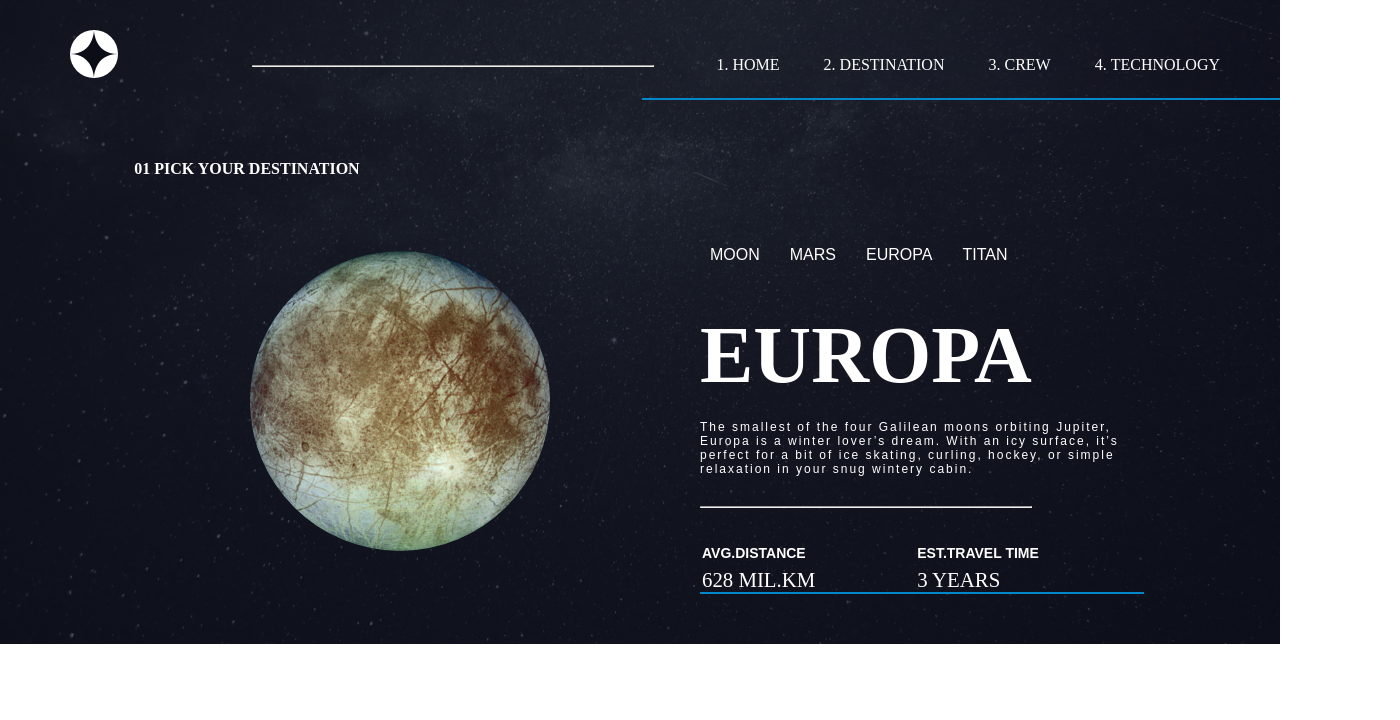
Repository: batonAnton/space_tourism
Page: europa.html
An editor plug-in stored every save of this project. The page is shown before and after the next save, followed by the edit.
The browser window is 1280 px wide. The page is 1280 px wide, then 1400 px, so the pictures cover 1400 px, including what lies to the right of the window. The pictures show the whole page.
Some web fonts or font styles are not loaded; a fallback is used.

Above is the page before, as saved 2022-05-20 13:52:08.

### europa.html
<!DOCTYPE html>
<html lang="en">
<head>
    <meta charset="UTF-8">
    <meta http-equiv="X-UA-Compatible" content="IE=edge">
    <meta name="viewport" content="width=device-width, initial-scale=1.0">
    <title>Space Tourism</title>
    <link rel="stylesheet" href="css/style2 .css">
    <link rel="preconnect" href="https://fonts.googleapis.com">
    <link rel="preconnect" href="https://fonts.gstatic.com" crossorigin>
    <link href="https://fonts.googleapis.com/css2?family=Bellefair&family=Merriweather&display=swap" rel="stylesheet">

    <link rel="preconnect" href="https://fonts.gstatic.com" crossorigin>
    <link href="https://fonts.googleapis.com/css2?family=Bellefair&family=Merriweather&display=swap" rel="stylesheet">
    <link rel="preconnect" href="https://fonts.googleapis.com">
    <link rel="preconnect" href="https://fonts.gstatic.com" crossorigin>
    <link href="https://fonts.googleapis.com/css2?family=Barlow+Condensed:wght@300&family=Bellefair&family=Merriweather&display=swap" rel="stylesheet">
    <link rel="preconnect" href="https://fonts.googleapis.com">
    <link rel="preconnect" href="https://fonts.gstatic.com" crossorigin>
    <link href="https://fonts.googleapis.com/css2?family=Barlow+Condensed:ital,wght@0,300;1,500&family=Bellefair&family=Merriweather&display=swap" rel="stylesheet">
</head>
<body>

    <div id="destination" class="bg">
        <div class="top-container">
            <div class="logo_img">
                <img src="/images/Icon.svg" alt="logo">

            </div>

                                             <!--navbar code -->
            <div class="nav">

                <hr>
                    <ol>

                        <li><a href="/index.html">home</a></li>
                        <li><a href="/destination.html">destination</a></li>
                        <li><a href="">crew</a></li>
                        <li><a href="">technology</a></li>

                    </ol>

            </div>
        </div>

        <div class="middle_container">


            <div class="planet_img">
                <h2 class="h2_planet"> <span>01</span> pick your destination</h2>

                <div class="planet_bg_europa">
                    <img src="/images/destination_img/europa.png"  alt="europa img">
                </div>
            </div>



                <div class="get-info_planet">

                    <div class="nav_planet">
                            <ul>

                                <li><a  href="/destination.html">moon</a></li>
                                <li><a href="/mars.html">mars</a></li>
                                <li><a href="/europa.html">europa</a></li>
                                <li><a href="/titan.html">titan</a></li>

                            </ul>
                    <h1>europa</h1>
                    <p>The smallest of the four Galilean moons orbiting Jupiter,<br> Europa is a winter lover’s dream. With an icy surface, it’s <br> perfect for a bit of ice skating, curling, hockey, or simple <br> relaxation in your snug wintery cabin.</p>

                    <hr class="hr_planet">

                    <table>
                        <tr>
                            <th>avg.distance</th>
                            <th>est.travel time</th>
                        </tr>

                        <tr>
                            <td>628 mil.km</td>
                            <td>3 years</td>
                        </tr>
                    </table>
                </div>


        </div>

    </div>
</body>
</html>

### css/style2 .css
body {
  /* height: 900px; */
  margin: 0;
}

.bg {
  background-image: url(/images/destination_img/bg.jpg);
  height: 100%;
  background-position: center;
  background-repeat: no-repeat;
  background-size: cover;
}

.top-container {
  /* display: inline-block; */
  padding: 30px 0px 50px 70px;
  /* width: 100%; */
}

.logo_img {
  /* width: 555px; */
  float: left;
}

hr {
  width: 400px;
  position: absolute;
  margin: 25px 0px 100px -390px;
}

.nav {
  /* width: 60%; */
  /* margin-left: 408px; */
  position: relative;
  float: right;
  clear: none;
  /* border: 1px solid #979797; */
  padding: 10px 0px 10px 0px;
  backdrop-filter: blur(85px);
  text-transform: uppercase;
}
.nav a {
  text-decoration: none;
}

li:after {
  content: "";
  position: absolute;
  width: 100%;
  transform: scaleX(0);
  height: 2px;
  bottom: 0;
  left: 0;
  background-color: #0087ca;
  transform-origin: bottom right;
  transition: transform 0.25s ease-out;
}
li:after {
  transform: scaleX(1);
  transform-origin: bottom left;
}

ol {
  display: inline-flex;
  /* width: 200px; */
  margin-left: 50px;
}

li {
  padding: 0px 60px 0px 0px;
  color: #ffffff;
}

.nav a {
  color: #ffffff;
  font-family: "Bellefair", serif;
  /* font-family: "Merriweather", serif; */
}

/* middle-container property */
.middle_container {
  display: inline-flex;
}

.get-info_planet {
  margin: 130px 100px 50px 150px;
}

/* navbar planet */
.nav_planet {
  position: relative;
  float: right;
  clear: none;
  text-transform: uppercase;
  font-family: "Barlow Condensed", sans-serif;
  font-size: 1rem;
  color: #ffffff;
}

ul {
  list-style-type: none;
  display: inline-flex;
}

.nav_planet a {
  text-decoration: none;
  font-family: "Barlow Condensed", sans-serif;
  font-size: 1rem;
  color: #ffffff;
}

.nav_planet li {
  padding: 0px 60px 0px 0px;
  margin-left: -30px;
  color: #ffffff;
  text-align: left;
}

.h2_planet {
  height: 1px;
  display: block;
  margin: -210px 0px 90px -193px;
  font-size: 16px;
}

.planet_bg_mars img {
  border-radius: 150px 150px 150px 150px;
  height: 300px;
}

.planet_bg img {
  height: 300px;
  border-radius: 140px 140px 140px 140px;
}

.planet_bg_europa img {
  height: 300px;
  border-radius: 155px 155px 155px 155px;
}

h1,
h2,
p {
  color: #ffffff;
}

h1,
h2 {
  text-align: center;
  width: 380px;
  text-transform: uppercase;
  font-family: "Bellefair", serif;
}

h1 {
  font-size: 5rem;
  height: 80px;
  text-align: left;
  width: 333px;
  margin: 30px 0px;
}

p {
  width: 444px;
  text-align: left;
  font-family: "Barlow Condensed", sans-serif;
  font-size: 12px;
  text-transform: none;
  letter-spacing: 2px;
}

.planet_img {
  margin: 270px 0px 0px 250px;
}

.get-info_planet hr {
  position: relative;
  width: 330px;
  margin: 30px 0px 30px 0px;
}

th,
td {
  padding: 5px 100px 0px 0px;
}

th {
  font-size: 14px;
  text-align: left;
}

td {
  font-size: 1.3rem;
  font-family: "Bellefair", serif;
}

After the next save:
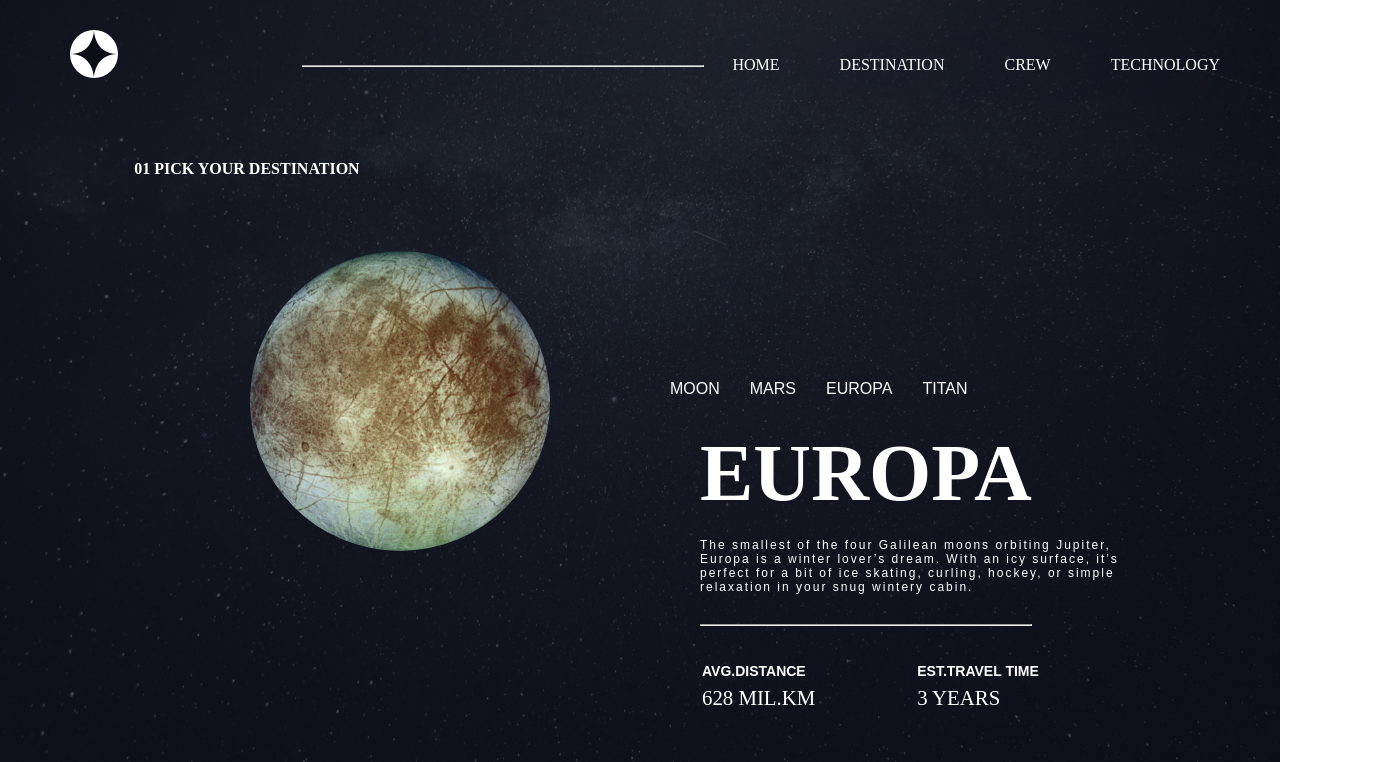
Saved 3 min 21 s later.
--- a/css/style2 .css
+++ b/css/style2 .css
@@ -43,28 +43,41 @@ hr {
   text-decoration: none;
 }
 
-li:after {
-  content: "";
-  position: absolute;
-  width: 100%;
-  transform: scaleX(0);
-  height: 2px;
-  bottom: 0;
-  left: 0;
-  background-color: #0087ca;
-  transform-origin: bottom right;
-  transition: transform 0.25s ease-out;
-}
-li:after {
-  transform: scaleX(1);
-  transform-origin: bottom left;
-}
-
-ol {
+
+    a:after {
+        background: none repeat scroll 0 0 transparent;
+        bottom: 0;
+        content: "";
+        display: block;
+        height: 2px;
+        left: 50%;
+        position: absolute;
+        background: #fff;
+        transition: width 0.3s ease 0s, left 0.3s ease 0s;
+        width: 0;
+      }
+      a:hover:after {
+        width: 100%;
+        left: 0;
+      }
+
+      ul {
+        margin: 150px auto 0;
+        padding: 0;
+        list-style: none;
+        display: table;
+        width: 600px;
+        text-align: center;
+      }
+      li {
+        display: table-cell;
+        position: relative;
+        padding: 15px 0;
+      }
+
+/* ol {
   display: inline-flex;
   /* width: 200px; */
-  margin-left: 50px;
-}
 
 li {
   padding: 0px 60px 0px 0px;
